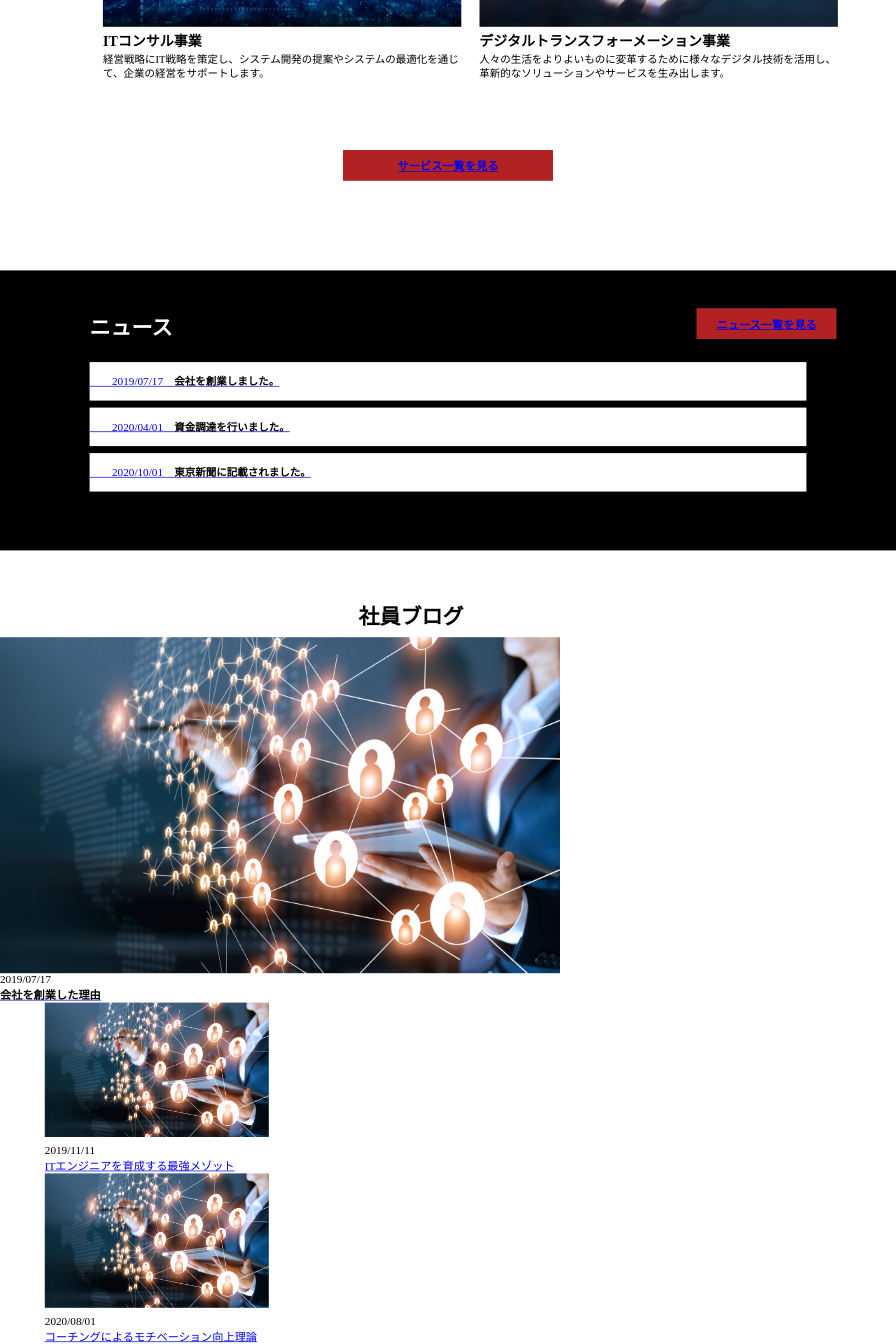
Repository: sigemasaasuka/20211012sigemasa
Page: index.html
The author's editor kept a copy of each file at every save. The page is drawn from the files as they stood at one save, then again after the next save.
The browser window is 1280 px wide. The pictures show the part of the page from y = 1626 to 3546 px (the page is 3546 px tall before and 3258 px after), at 70% of full size.

Above is the page before, as saved 2021-10-19 17:52:47.

### index.html
<!DOCTYPE html>
<html lang="ja">

<head>
  <meta charset="UTF-8">
  <meta name="viewport" content="width=device-width, initial-scale=1.0">
  <title>Document</title>

    <link rel="stylesheet" href="css/reset.css">
    <link rel="stylesheet" href="css/index.css">
</head>
<body>
  <header class="header">
    <div class="header-logo">
      <img class="logo" src="img/logo.png" alt="logo">
    </div>
    <nav class="header-nav">
      <ul class="header-nav-list">
        <li class="header-nav-item"><a href="index.html">ホーム</a></li>
        <li class="header-nav-item"><a href="service.html">事業内容</a></li>
        <li class="header-nav-item"><a href="news.html">ニュース</a></li>
        <li class="header-nav-item"><a href="blog.html">社員ブログ</a></li>
        <li class="header-nav-item"><a href="company.html">会社概要</a></li>
        <li class="header-nav-item"><a href="recruit.html">採用情報</a></li>
        <li class="header-nav-item"><a href="contact.html">お問い合わせ</a></li>
      </ul>
    </nav>
  </header>
  <div class="home">
  <div class="home-photo">
    <div class="home-title">
    <p>最新のテクノロジーで社会課題を解決</p>
      <div class="home-title2">
      <p>Solving　issues　with　the　latest　technology</p>
     </div>
    </div>
    </div>
    </div>
    <div class="home-color">
      <div class="hope">
        <p><br><br>株式会社TECHの想い</p>
        <div class="hope2">
          <p>あらゆる産業において、新たなデジタル技術を使ってこれまでにないビジネスモデルを展開する新規参加者が登場し、ゲームチェンジが起ころうとしています。こうした<br>中で、各企業は、競争力維持・強化のために、DXを迅速に進めていくことが求められています。しかし、DXにおいて投資コストは非常にかかります。株式会社TECHでは<br>独自のオペレーションと人材教育により、他社よりも価格を抑えた開発を行います。</p>
        </div>
      </div>
    </div>
    <div class="service">
      <p>サービス</p>
      </div>
      <div class="png1">
      <div class="service1">
        <img  src="img/service1.png"  alt="service1">
        <div class="it">
        <p>IT人材育成事業</p>
        <div class="it2">
        <p>これまでに培った教育手法を生かして、短期間で即戦力のIT人材を育成します。</p>
        </div>
      </div>
      </div>
      <div class="service2">
      <img  src="img/service2.png" alt="service2">
      <div class="coach">
        <p>コーチング事業</p>
        <div class="coach2">
          <p>目標達成を最短で実現するために、プロのコーチによるマンツーマンのサポートを実施します</p>
        </div>
      </div>
      </div>
      </div>
      <div class="png2">
      <div class="service3">
        <img src="img/service3.png" alt="service3">
        <div class="Consultant">
          <p>ITコンサル事業</p>
          <div class="Consultant2">
            <p>経営戦略にIT戦略を策定し、システム開発の提案やシステムの最適化を通じて、企業の経営をサポートします。</p>
          </div>
        </div>
      </div>
      <div class="service4">
        <img src="img/service4.png" alt="service4">
        <div class="formation">
          <p>デジタルトランスフォーメーション事業</p>
          <div class="formation2">
            <p>人々の生活をよりよいものに変革するために様々なデジタル技術を活用し、革新的なソリューションやサービスを生み出します。</p>
          </div>
        </div>
      </div>
      </div>
      <div class="list">
        <a href="service.html">サービス一覧を見る</a>
      </div>
      <div class="news">
        <div class="nesw-list">
          <div class="news-font">
          <p>ニュース</p></div>
          <div class="news-button">
            <a href="news.html">ニュース一覧を見る</a>
          </div>
        </div>
        <div class="news-info1">
          <a href="index.html">　　2019/07/17　<span class="co">会社を創業しました。</span></a></div>
          <div class="news-info2">
          <a href="index.html">　　2020/04/01　<span class="fund">資金調達を行いました。</span></a></div>
          <div class="news-info3">
          <a href="index.html">　　2020/10/01　<span class="newspaper">東京新聞に記載されました。</span></a></div>
      </div>
      <div class="blog">
        <p>社員ブログ</p>
        </div>
        <div class="reason"
        <div class="reason-png">
          <a href="index.html">
            <img src="img/blog.png" alt="blog">
          </a>
          <p class="reason1">2019/07/17</p>
          <a href="index.html"><p class="reason2">会社を創業した理由</p></a>
        </div>
        <div class="nurturing-png">
          <a href="index.html">
            <img src="img/blog.png" alt="blog">
          </a>
          <p class="nurturing">2019/11/11</p>
          <a href="index.html">
            <p class="nurturing1">ITエンジニアを育成する最強メゾット</p>
          </a>
        </div>
        <div class="coaching-png">
        <a href="index.html">
          <img src="img/blog.png" alt="blog">
        </a>
        <p class="coaching">2020/08/01</p>
        <a href="index.html">
          <p class="coaching1">コーチングによるモチベーション向上理論</p>
        </a>
        </div>


<script src="js/main.js"></script>
</body>
</html>

### css/reset.css
@charset "UTF-8";
html, body, div, span, applet, object, iframe,
h1, h2, h3, h4, h5, h6, p, blockquote, pre,
a, abbr, acronym, address, big, cite, code,
del, dfn, em, img, ins, kbd, q, s, samp,
small, strike, strong, sub, sup, tt, var,
b, u, i, center,
dl, dt, dd, ol, ul, li,
fieldset, form, label, legend,
table, caption, tbody, tfoot, thead, tr, th, td,
article, aside, canvas, details, embed,
figure, figcaption, footer, header, hgroup,
menu, nav, output, ruby, section, summary,
time, mark, audio, video {
margin: 0;
padding: 0;
border: none;
font-style: normal;
text-align: left;
zoom: 1;
}
article, aside, details, figcaption, figure,
footer, header, hgroup, menu, nav, section {
display: block;
}
table {
border-collapse: collapse;
font-family: inherit;
}
h1,h2,h3,h4,h5 {
font-size: 100%;
font-weight: normal;
line-height: 1;
}
input,textarea,select {
font-family: inherit;
font-size: 16px;
}
input[type="button"],input[type="text"],input[type="submit"] {
 -webkit-appearance: none;
 border-radius: 0;
}
textarea {
resize: none;
-webkit-appearance: none;
border-radius: 0;
}
th,td {
border-collapse: collapse;
}
table th,table td {
white-space: nowrap;
}
ul,ol {
list-style-type: none;
}
img {
vertical-align: text-bottom;
vertical-align: -webkit-baseline-middle;
max-width: 100%;
height: auto;
width /***/:auto;
}

### css/index.css
.logo {
  text-decoration: none;
  color: inherit;
  width: 50%;
}
.header {
  width: 100%;
  display: flex;
  justify-content: space-between;
  align-items: center;
  height: 70px;
  padding: 0 30px;
  position: fixed;
  box-sizing: border-box;
  background-color: #fff;
  color: #000;
}

.a {
  text-decoration: none;
}

.header-ttl {
  font-size: 24px;
  width: 80px;
}

.header-nav-list {
  display: flex;
  font-weight: bold;
}

.header-nav-item:not(:last-child) {
  margin-right: 30px;
}

.home-photo {
  position: relative;
  padding-top: calc(250 / 683 * 100%); /* calc(画像高さ ÷ 画像横幅 × 100%) */
  background: url(../img/mv.png) center center / cover no-repeat;
}

.home-title {
  display: flex;
  flex-direction: column;
  position: absolute;
  font-size: 50px;
  margin-left: 20%;
  top: 40%;
  font-weight: bolder;
  color: #fff;
}

.home-title2 {
  display: flex;
  position: absolute;
  font-size: 20px;
  margin-top: 45px;
  margin-left: 23%;
  top: 40%;
  font-weight: bold;
  color: #fff;
}

.home-color {
  background-color: #000;
  height: 300px;
}

.hope {
  top: 30%;
  display: flex;
  flex-direction: column;
  font-weight: bolder;
  font-size: 30px;
  margin-left: 10%;
  color: #fff;
}

.hope2 {
  display: flex;
  font-size: 15px;
  margin-top: 20px;
  font-weight: normal;
  color: #fff;
}

.service {
  margin-top: 5%;
  margin-left: 45%;
  font-size: 35px;
  font-weight: bolder;
}

.png1 {
  display: flex;
  justify-content: center;
}

.service1 {
  margin-top: 5%;
  margin-left: 5%;
  width: 40%;
}

.it {
  margin-top: 1%;
  font-size: 20px;
  font-weight: bolder;
}

.it2 {
  font-size: 15px;
  font-weight: normal;
}

.service2 {
  margin-top: 3%;
  margin-left: 2%;
  width: 40%;
}

.coach {
  margin-top: 1%;
  font-size: 20px;
  font-weight: bolder;
}

.coach2 {
  font-size: 15px;
  font-weight: normal;
}

.png2 {
  display: flex;
  justify-content: center;
}

.service3 {
  margin-top: 2%;
  margin-left: 5%;
  width: 40%;
}

.Consultant {
  margin-top: 1%;
  font-size: 20px;
  font-weight: bolder;
}

.Consultant2 {
  font-size: 15px;
  font-weight: normal;
}

.service4 {
  margin-top: 2%;
  margin-left: 2%;
  width: 40%;
}

.formation {
  margin-top: 1%;
  font-size: 20px;
  font-weight: bolder;
}

.formation2 {
  font-size: 15px;
  font-weight: normal;
}

.list {
  width: 300px;
  padding: 10px 0;
  color: #fff;
  font-weight: bold;
  background: #b22222;
  text-align: center;
  margin: 100px auto 0;
  display: block;
}

.news {
  margin-top: 10%;
  background-color: #000;
  height: 400px;
}

.nesw-list {
  margin-left: 10%;
  display: flex;
  justify-content: flex-start;
  align-items: center;
}

.news-font {
  font-weight: bold;
  font-size: 30px;
  color: #fff;
  margin-top: 5%;
}

.news-button {
  color: #fff;
  margin-top: 50px;
  margin-left: 65%;
  width: 200px;
  padding: 10px 0;
  font-weight: bold;
  background: #b22222;
  text-align: center;
  display: block;
}

.news-info1 {
  margin-top: 30px;
  margin-left: 10%;
  width: 80%;
  height: 35px;
  padding: 10px 0;
  background: #fff;
  line-height: 35px;
  display: block;
  color: #000;
}
.co {
  font-size: 15px;
  font-weight: bold;
  color: #000;
}

.news-info2 {
  margin-top: 10px;
  margin-left: 10%;
  width: 80%;
  height: 35px;
  padding: 10px 0;
  background: #fff;
  line-height: 35px;
  display: block;
  color: #000;
}
.fund {
  font-size: 15px;
  font-weight: bold;
  color: #000;
}

.news-info3 {
  margin-top: 10px;
  margin-left: 10%;
  width: 80%;
  height: 35px;
  padding: 10px 0;
  background: #fff;
  line-height: 35px;
  display: block;
  color: #000;
}
.newspaper {
  font-size: 15px;
  font-weight: bold;
  color: #000;
}

.blog {
  margin-top: 70px;
  margin-left: 40%;
  font-size: 30px;
  font-weight: bolder;
}

.reason-png {
  width: 25%;
  margin-left: 5%;
}

.reason {
  margin-top: 10px;
  color: #000;
}

.reason2 {
  font-weight: bolder;
  color: #000;
}

.nurturing-png {
  width: 25%;
  margin-left: 5%;
}

.nurturing {
  margin-top: 10px;
  color: #000;
}

.nurturing2 {
  font-weight: bolder;
  color: #000;
}

.coaching-png {
  width: 25%;
  margin-left: 5%;
}

.coaching {
  margin-top: 10px;
  color: #000;
}

.coaching2 {
  font-weight: bolder;
  color: #000;
}

Loaded but not shown: js/main.js (no stored copy; drawn as an empty file)

After the next save:
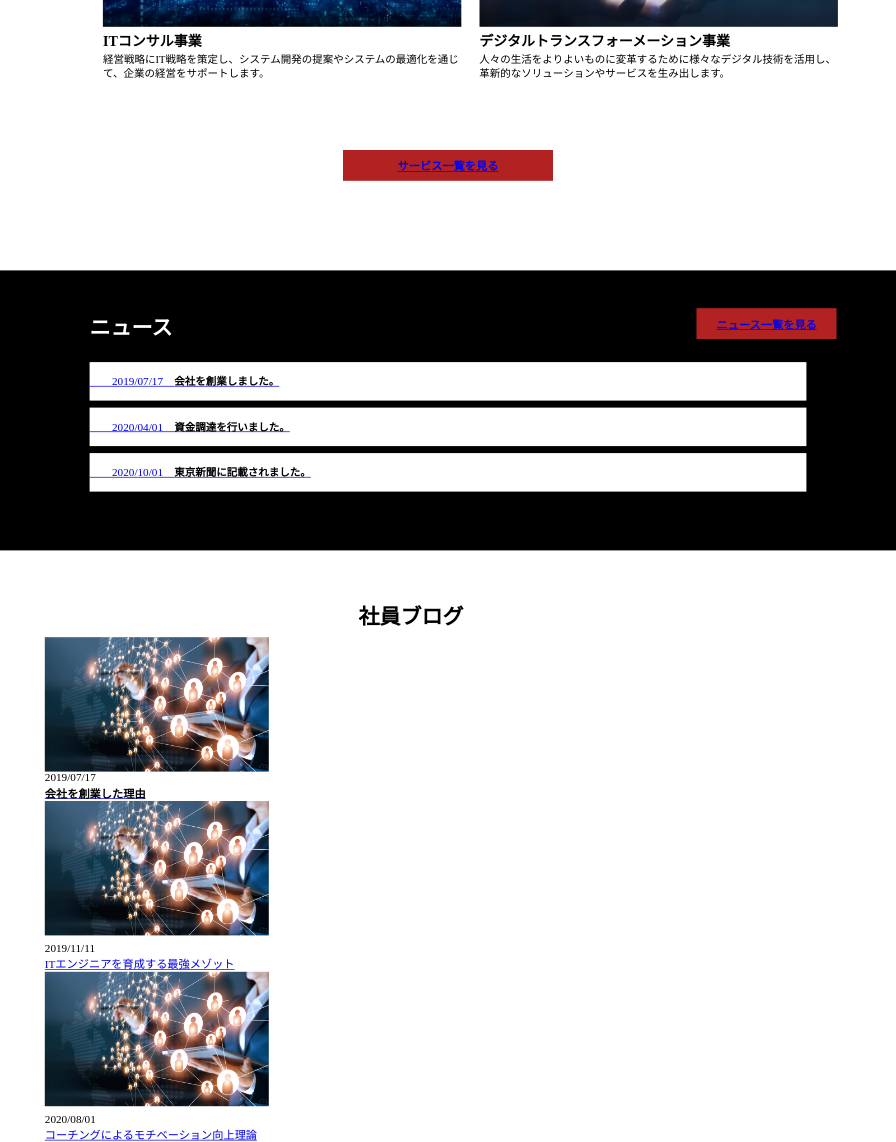
Saved 5 s later.
--- a/index.html
+++ b/index.html
@@ -108,7 +108,7 @@
       <div class="blog">
         <p>社員ブログ</p>
         </div>
-        <div class="reason"
+        <div class="reason"></div>
         <div class="reason-png">
           <a href="index.html">
             <img src="img/blog.png" alt="blog">
